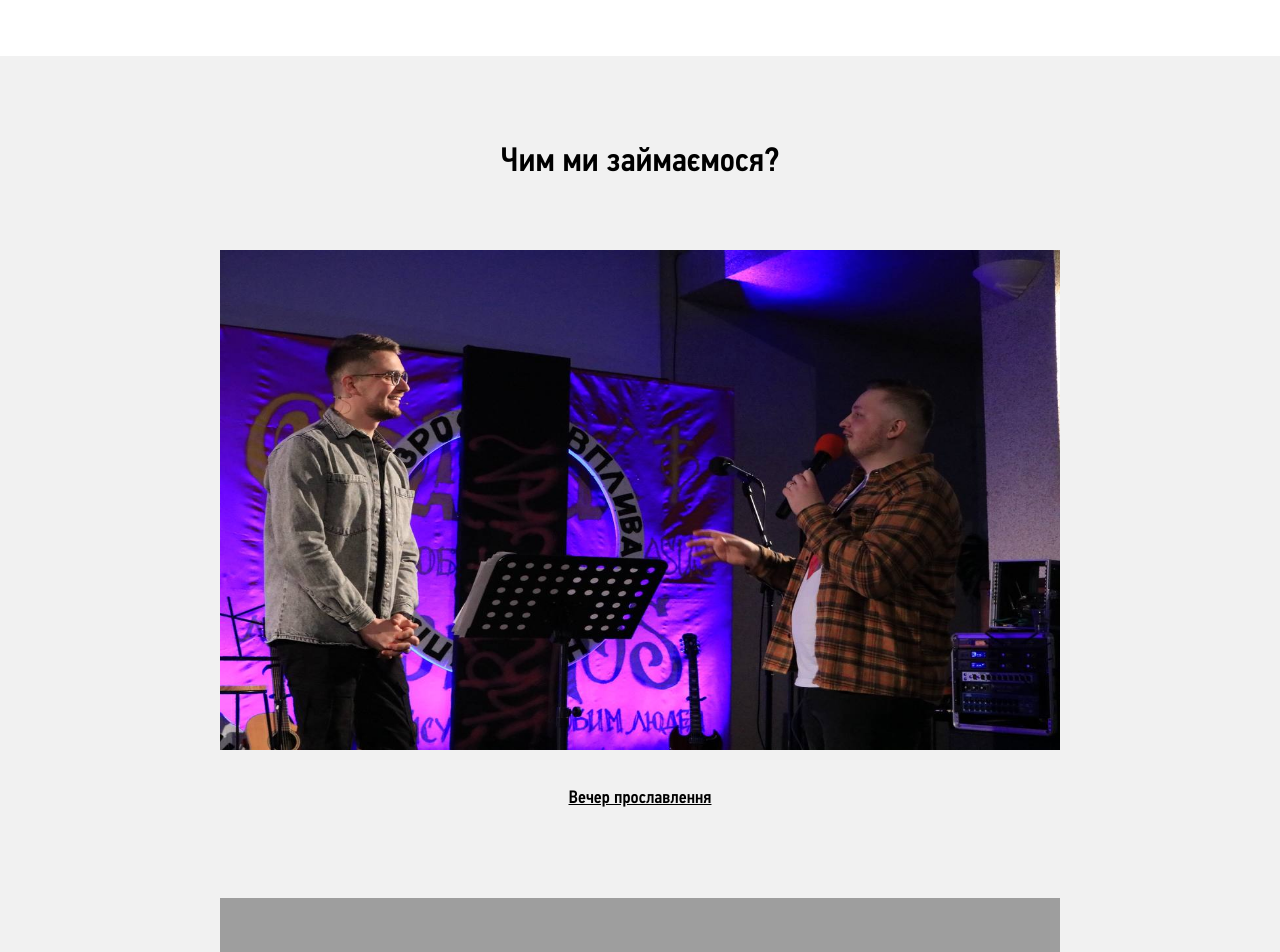
Repository: Bohdan-Sandovenko/youth-project
Page: index.html
These files come from the project's save history. The page is drawn as it stood at one moment and after the next save; the edit follows.
The browser window is 1280 px wide. The pictures show the part of the page from y = 1032 to 1984 px (the page is 3226 px tall).
Pictures or frames that could not be fetched are drawn as grey boxes. Some web fonts or font styles are not loaded; a fallback is used. The style sheet was rebuilt from its Sass, Less or Tailwind sources for each picture, by a compiler version that may differ from the author's.

Above is the page before, as saved 2024-09-23 18:45:16.

### index.html
<!DOCTYPE html>
<html lang="en">
<head>
    <meta charset="UTF-8">
    <meta name="viewport" content="width=device-width, initial-scale=1.0">
    <title>Pharos - Christian youth</title>
    <link rel="stylesheet" href="css/style.css">
    <link rel="stylesheet" href="css/media.css">
</head>
<body>
    <header class="header">
        <div class="container">
            <!--Header nav-->
            <div class="header-nav">
                <a href="#!" class="logo">Pharos</a>
                <nav class="nav">
                    <ul class="nav-list">
                        <li class="nav-item"><a href="" class="nav-link">Главная</a></li>
                        <li class="nav-item"><a href="" class="nav-link">О Нас</a></li>
                        <li class="nav-item"><a href="" class="nav-link">Фотогалерея</a></li>
                        <li class="nav-item"><a href="" class="nav-link">Контакты</a></li>
                    </ul>
                </nav>
            </div>
            <!--header content-->
            <div class="header-row">
                <div class="header-content">
                    <h1 class="header-heading">Молодіжка в Ґданську</h1>
                    <p>Щосуботи о 19:00 Generała Henryka Dąbrowskiego 11</p>
                </div>
                <div class="header-img">
                    <img src="./img/cross-chrisitian.png" alt="">
                </div>
            </div>
        </div>
    </header>
    <section class="services">
        <div class="container">
            <div class="services-row">
                <div class="service-card">
                    <img class='service-card-img'src="./img/icons/bible.png" alt="">
                    <h3 class="service-card-title">Проповіді</h3>
                </div>

                <div class="service-card">
                    <img class='service-card-img' src="./img/icons/sing-song.png" alt="">
                    <h3 class="service-card-title">Прославлення</h3>
                </div>

                <div class="service-card">
                    <img class='service-card-img' src="./img/icons/active-games.png" alt="">
                    <h3 class="service-card-title">Вільний час</h3>
                </div>
            </div>
        </div>
    </section>
    <section class="images">
        <div class="container">
            <div class="images-title">
                <h2 class="title-1">Чим ми займаємося?</h2>
            </div>
            <div class="images-about-us">
                <img src="img/sermons.jpg" alt="" class="about-image">
                <h3 class="worhip-title"><a href="#!">Вечер прославлення</a></h3>
            </div>

            <div class="images-about-us">
                <img src="img/worship.JPG" alt="" class="about-image">
                <h3 class="worhip-title"><a href="#!">Вечер прославлення</a></h3>
            </div>

            <div class="images-about-us">
                <img src="img/young-conversation.jpg" alt="" class="about-image">
                <h3 class="worhip-title"><a href="#!">Вечер прославлення</a></h3>
            </div>
        </div>
    </section>
    <script src="./js/main.js"></script>
</body>
</html>

### css/style.scss
@import "nullstyles.scss";

@font-face {
    font-family: 'Poppins';
    src: url('../fonts/Poppins/PFDinTextCondPro-Medium.woff2') format('woff2');
    font-weight: 900;
    font-style: bold;
    font-display: swap;
}

@font-face {
    font-family: 'Permanent Marker';
    src: url('../fonts/Permanent/PermanentMarker-Regular.woff2') format('woff2');
    font-weight: normal;
    font-style: normal;
    font-display: swap;
}

body {
    color: black;
    font-family: 'Poppins', sans-serif;

    .header {
        padding: 46px 0px 0px 0px;
        background-color: #F1F1F1;

        .container {
            max-width: 1230px;
            padding: 0 30px;
            margin: 0 auto;

            .header-nav {
                display: flex;
                justify-content: space-between;
                align-items: flex-end;
                margin-bottom: 76px;

                .logo {
                    font-family: 'Permanent Marker';
                    font-weight: 700;
                    font-size: 40px;
                    color: black;
                }

                .nav-list {
                    display: flex;
                    column-gap: 50px; //оступы между элементами
                    font-size: 14px;

                    .nav-item {
                        .nav-link {
                            color: black;

                            &:hover {
                                color: #606060;
                            }
                        }
                    }
                }
            }

            .header-row {
                display: flex;
                justify-content: space-between;
                column-gap: 30px;

                .header-content {
                    max-width: 500px;
                    align-self: center;

                    .header-heading {
                        font-weight: 600;
                        margin-bottom: 20px;
                        font-size: 44px;
                    }

                    p {
                        line-height: 2;
                    }
                }
            }
        }
    }

    //Service
    .services {
        padding: 90px 0px;

        .container {
            display: flex;
            justify-content: center;

            .services-row {
                display: flex;
                column-gap: 40px;

                .service-card {


                    .service-card-img {
                        height: 70px;
                        width: 70px;
                        margin-bottom: 30px;
                    }

                    .service-card-title {
                        font-weight: 600;
                        font-size: 24px;
                        margin-bottom: 10px;
                        text-transform: uppercase;
                    }

                    & p {
                        line-height: 2;
                    }
                }
            }
        }
    }
}

//images
.images {
    background-color: #F1F1F1;
    padding: 90px 0px;

    .container {
        .images-title {
            text-align: center;
            margin-bottom: 70px;

            .title-1 {
                font-size: 34px;
                font-weight: 600;
            }
        }

        .images-about-us {
            text-align: center;

            &+.images-about-us {
                margin-top: 90px;
            }

            .about-image {
                height: 500px;
                width: 840px;
                margin-bottom: 40px;
            }

            .worhip-title {
                font-size: 18px;

                & a {
                    color: #000;
                    text-decoration: underline;
                }
            }
        }
    }
}

### css/nullstyles.scss
* {
    padding: 0;
    margin: 0;
    border: 0;
}


*,
*:before,
*:after {
    -webkit-box-sizing: border-box;
    -moz-box-sizing: border-box;
    box-sizing: border-box;
}


:focus,
:active {
    outline: none;
}

a:focus,
a:active {
    outline: none;
}


nav,
footer,
header,
aside {
    display: block;
}


html,
body {
    height: 100%;
    width: 100%;
    font-size: 100%;
    line-height: 1;
    font-size: 14px;
    -ms-text-size-adjust: 100%;
    -moz-text-size-adjust: 100%;
    -webkit-text-size-adjust: 100%;
}


input,
button,
textarea {
    font-family: inherit;
}


input::-ms-clear {
    display: none;
}

button {
    cursor: pointer;
}

button::-moz-focus-inner {
    padding: 0;
    border: 0;
}

a,
a:visited {
    text-decoration: none;
}

a:hover {
    text-decoration: none;
}

ul li {
    list-style: none;
}

img {
    vertical-align: top;
}

h1,
h2,
h3,
h4,
h5,
h6 {
    font-size: inherit;
    font-weight: 400;
}

Loaded but not shown: js/main.js (no stored copy; drawn as an empty file); css/media.scss (no stored copy; drawn as an empty file)

After the next save:
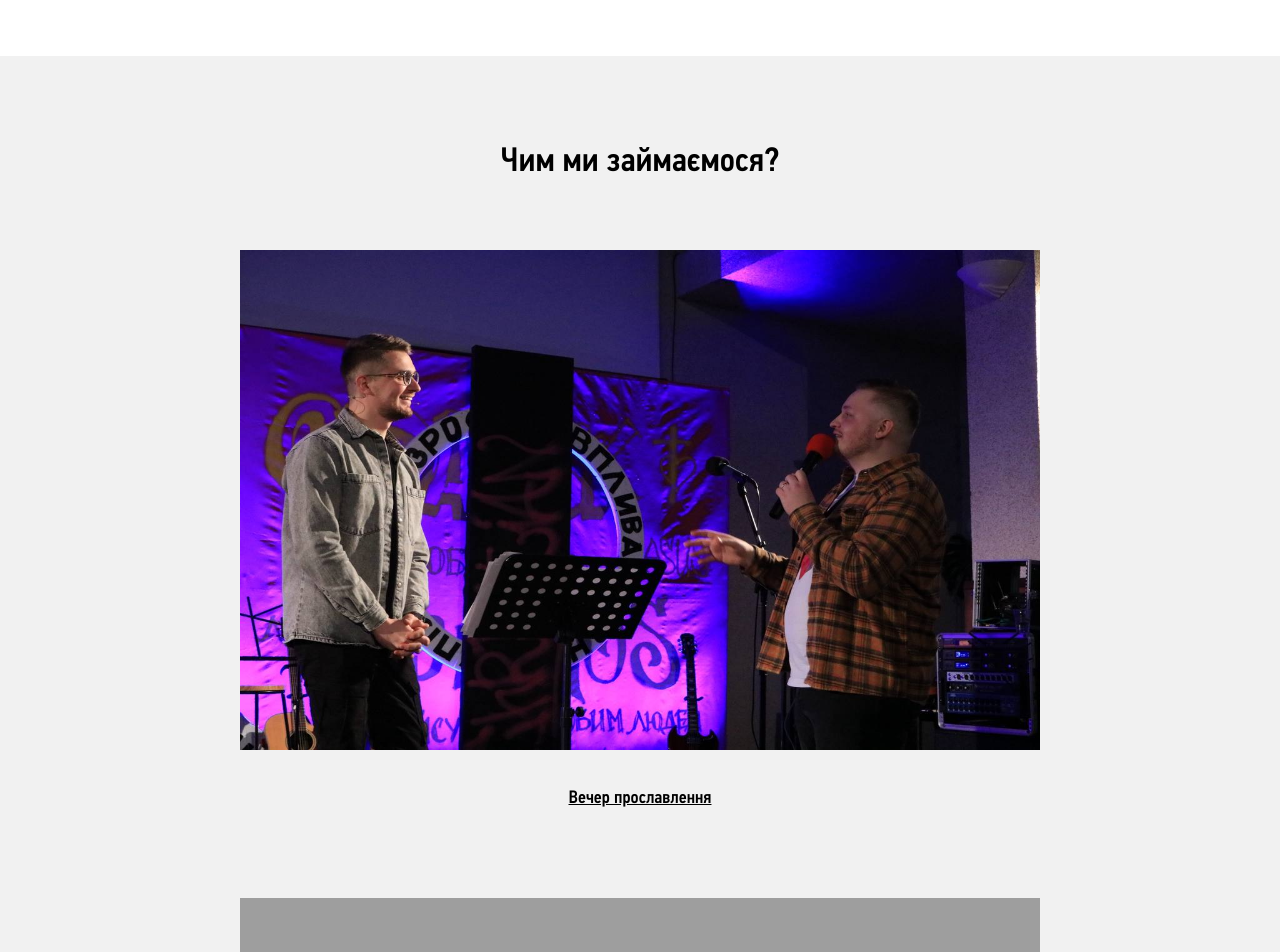
Saved 39 min 14 s later.
--- a/css/style.scss
+++ b/css/style.scss
@@ -144,7 +144,7 @@ body {
 
             .about-image {
                 height: 500px;
-                width: 840px;
+                width: 800px;
                 margin-bottom: 40px;
             }
 
